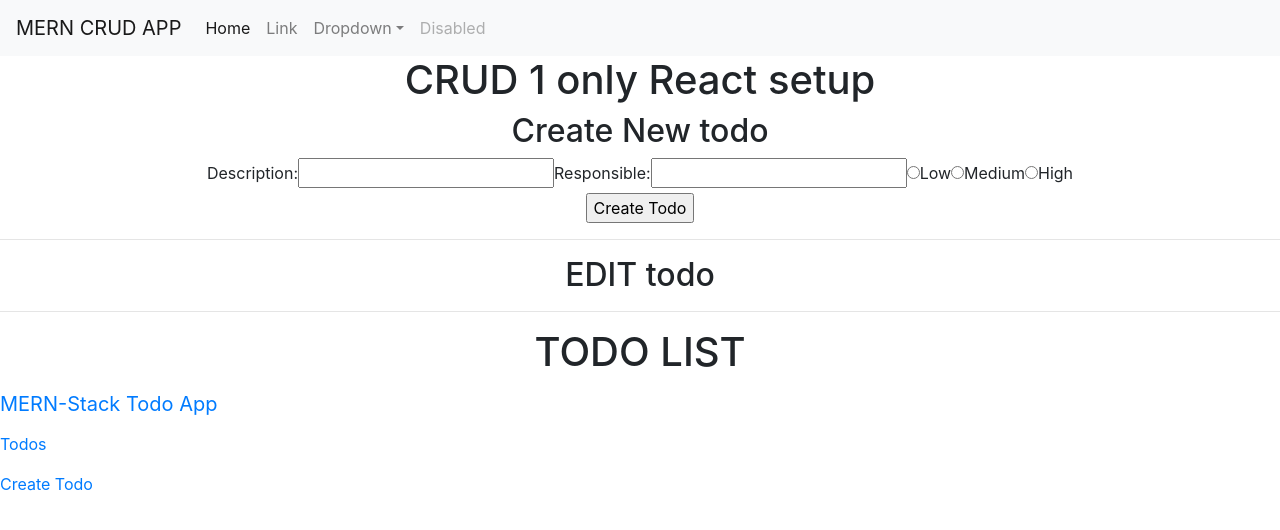
Repository: tweneboah/mern-complete-guide
Page: / (app in v5-mern-crud/client/)
The author's editor kept a copy of each file at every save. The page is drawn from the files as they stood at one save, then again after the next save.
The browser window is 1280 px wide. The pictures show the whole page.
The page's requests for data from a server got no answer. The project was rebuilt for these pictures with package versions that can differ from the ones it lists, and the page was loaded fresh each time. No one was signed in, and anything a server would have sent is missing.

Above is the page before, as saved 2019-09-12 22:04:45.

After the next save:
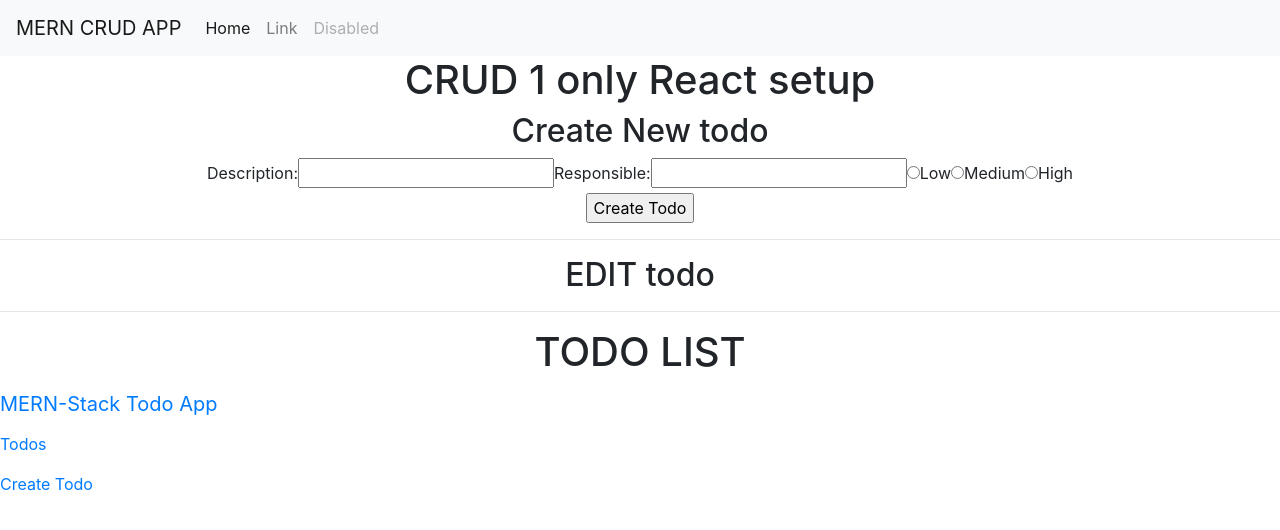
Saved 11 s later.
--- a/v5-mern-crud/client/src/App.js
+++ b/v5-mern-crud/client/src/App.js
@@ -22,17 +22,7 @@ function App() {
       <li class="nav-item">
         <a class="nav-link" href="#">Link</a>
       </li>
-      <li class="nav-item dropdown">
-        <a class="nav-link dropdown-toggle" href="#" id="navbarDropdown" role="button" data-toggle="dropdown" aria-haspopup="true" aria-expanded="false">
-          Dropdown
-        </a>
-        <div class="dropdown-menu" aria-labelledby="navbarDropdown">
-          <a class="dropdown-item" href="#">Action</a>
-          <a class="dropdown-item" href="#">Another action</a>
-          <div class="dropdown-divider"></div>
-          <a class="dropdown-item" href="#">Something else here</a>
-        </div>
-      </li>
+
       <li class="nav-item">
         <a class="nav-link disabled" href="#" tabindex="-1" aria-disabled="true">Disabled</a>
       </li>
